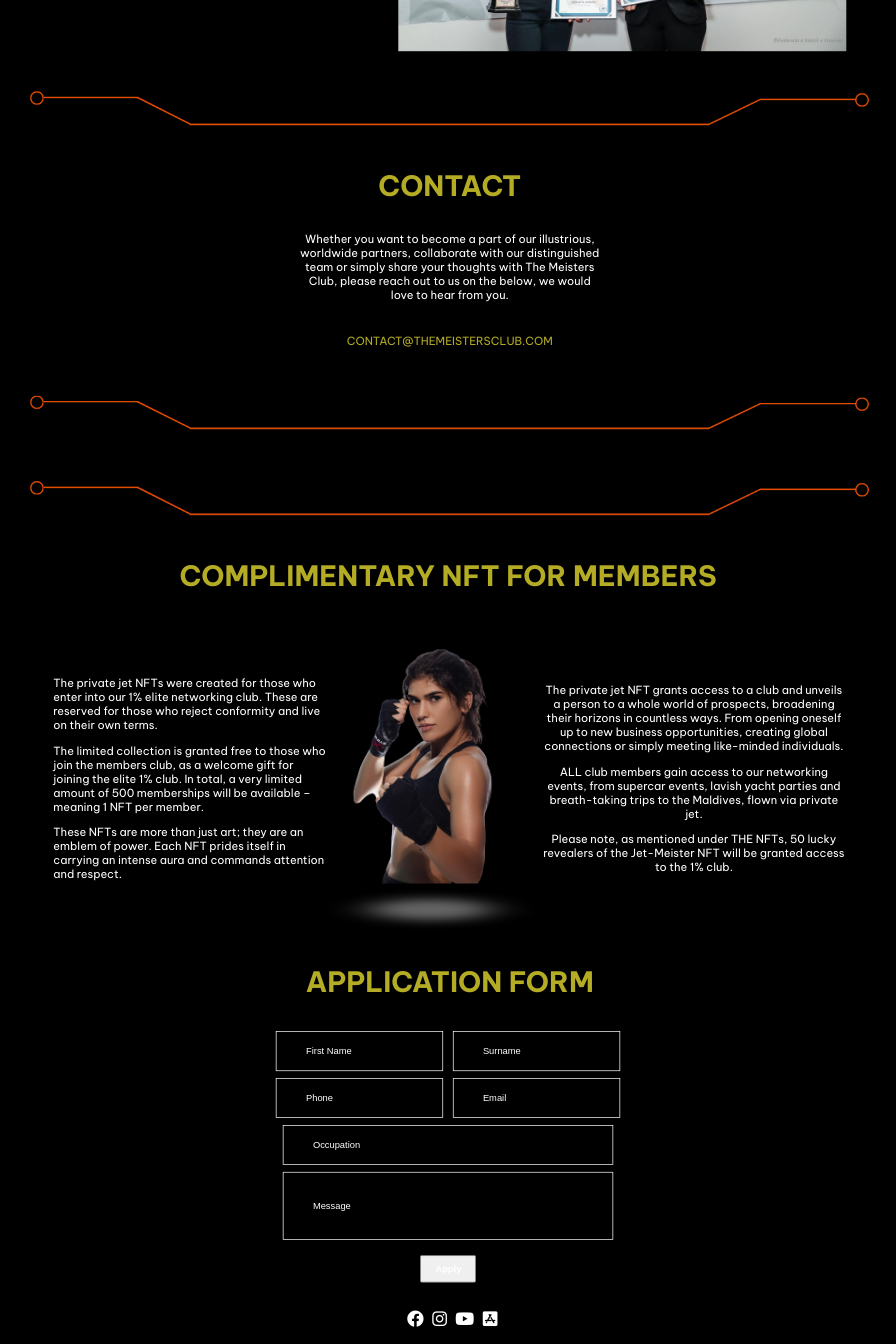
Repository: milot-morina/ds-boxing
Page: DS-Portfolio/index.html
An editor plug-in stored every save of this project. The page is shown before and after the next save, followed by the edit.
The browser window is 1280 px wide. The pictures show the part of the page from y = 1953 to 3873 px (the page is 3957 px tall before and 3832 px after), at 70% of full size.
A picture or video elsewhere on the page could not be fetched, so the positions and the page height are approximate.

Above is the page before, as saved 2023-03-20 22:14:20.

### DS-Portfolio/index.html
<!DOCTYPE html>
<html lang="en">
<head>
  <meta charset="UTF-8">
  <meta http-equiv="X-UA-Compatible" content="IE=edge">
  <meta name="viewport" content="width=device-width, initial-scale=1.0">
  <title>The Meisters Club</title>
  <link rel="stylesheet" href="style.css">
  <link rel="stylesheet" href="https://cdnjs.cloudflare.com/ajax/libs/font-awesome/6.0.0-beta2/css/all.min.css" integrity="sha512-YWzhKL2whUzgiheMoBFwW8CKV4qpHQAEuvilg9FAn5VJUDwKZZxkJNuGM4XkWuk94WCrrwslk8yWNGmY1EduTA==" crossorigin="anonymous" referrerpolicy="no-referrer" />
  <link rel="icon" href="logofinal.png" type="image/icon type" style="width: 100%;">
  <link href="https://fonts.googleapis.com/css2?family=Be+Vietnam+Pro:wght@400;500;700&display=swap" rel="stylesheet">
</head>
<body>

  <section class="section1" id="home">
    <video muted autoplay loop style="pointer-events: none;">
      <source src="DS-Glitch.mp4" type="video/mp4">
    </video>
    <header class="hidden3">
      <div class="container">
        <nav class="navbar">
          <div class="brand-title">
            <img src="unitetiLogoFinal.png" alt="" width="130px">
          </div>
          <a href="#" class="toggle-button">
            <span class="bar"></span>
            <span class="bar"></span>
            <span class="bar"></span>
          </a>
          <div class="navbar-links">
            <ul>
              <li><a href="#home" class="home-btn">HOME</a></li>
              <li><a href="#club" class="header-club">CLUB</a></li>
              <li><a href="#contact" class="header-link a">CONTACT</a></li>
              <li><a href="#form" class="header-link a">FORM</a></li>
            </ul>
            <div class="socials">
            <i class="fa-brands fa-facebook"><a href="https://www.youtube.com/watch?v=dQw4w9WgXcQ"></a></i>
            <i class="fa-brands fa-instagram"></i>
            <i class="fa-brands fa-youtube"></i>
            <i class="fa-brands fa-app-store-ios"></i>
          </div>
          </div>

        </nav>
      </div>
    </header>
  </section>

  <img src="separator2.png" alt="" width="100%" style="margin-top: 40px;" class="first-seperator">


  <section class="section2 container row" id="club">

    <div class="images hidden2">
      <img src="handsUp.jpg" alt="">
    </div>
    <div class="text hidden">
      <p class="section-h hidden3">THE MEISTERS CLUB</p>
      <p class="section2-p hidden3">The Meisters Club 1% club is a highly exclusive, private members club created for those who reject conformity and live on their own terms. Situated in the heart of luxury – Dubai – our club makes for the perfect place to enjoy our extravagant and luxurious experiences.</p>
      <p class="section2-p hidden3">The club serves as a sanctuary for elite entrepreneurs, astute leaders and innovative thinkers to meet like-minded individuals to exchange ideas, create global connections and immerse themselves in our exclusive lifestyle benefits.</p>
      <p class="section2-p hidden3">Our goal is to break the mould of a private members club, creating a space that brings together a diverse mix of different worlds, both new and traditional. Whilst we have adopted many conventional characteristics of a private club, our audacious team have taken leaps to stand apart by offering members unrivaled benefits, such as weekend trips to the Maldives.</p>
      <p class="section2-p hidden3">
        Our team also shares a mutual passion for fine art and sumptuous products. This has led our esteemed artists and designers to engineer exceptional pieces of digital art (NFTs) which will be granted to each member as a complementary joining gift.</p>
    </div>

  </section>

  <img src="separator2.png" alt="" width="100%" style="margin-top: 30px;">


  <section class="section3 container">
    <p class="section-h">THE BENEFITS</p>
   <div class="row">
    <div class="text hidden2">
      <p>For our elite members, The Meisters Club will provide nothing short of elite benefits. Throughout the year, members will be invited to the most opulent and breath-taking events to engage, network, create new connections and experiences.</p>
      <p>Members will be invited to supercar events, extravagant yacht parties and all-inclusive weekend trips to the Maldives, flown via private jet on a regular basis.</p>
    </div>
    <div class="images hidden">
      <img src="DplusMar.jpg" alt="" style="max-width: 640px;">
    </div>
   </div>

  </section>








  <img src="separator2.png" alt="" width="100%" style="margin-top: 30px;">



  <section class="section5 container" id="contact">
    <div class="text">
      <p class="section-h">CONTACT</p>
      <p>Whether you want to become a part of our illustrious, worldwide partners, collaborate with our distinguished team or simply share your thoughts with The Meisters Club, please reach out to us on the below, we would love to hear from you.</p>
      <p style="color: #B4AC25; margin-top: 45px;">CONTACT@THEMEISTERSCLUB.COM</p>
    </div>
  </section>


  <img src="/Project 7/separator2.png" alt="" width="100%" style="margin-top: 30px;">


  <img src="separator2.png" alt="" width="100%" style="margin-top: 30px;">


  <section class="section4 container" id="nft">
    <p class="section-h hidden3">COMPLIMENTARY NFT FOR MEMBERS</p>
    <div class="row">
      <div class="text hidden2" style="text-align: left">
        <p>The private jet NFTs were created for those who enter into our 1% elite networking club. These are reserved for those who reject conformity and live on their own terms.
        </p>
        <p>The limited collection is granted free to those who join the members club, as a welcome gift for joining the elite 1% club. In total, a very limited amount of 500 memberships will be available – meaning 1 NFT per member.
        </p>
        <p>These NFTs are more than just art; they are an emblem of power. Each NFT prides itself in carrying an intense aura and commands attention and respect.</p>
      </div>
      <div class="hidden3">
        <div class="column">
          <img src="ziD-removebg-preview.png" alt="" style="width: 300px;">
          <img src="shadow.png" alt="" style="width: 300px;">
        </div>
      </div>
      <div class="text hidden">
        <p>The private jet NFT grants access to a club and unveils a person to a whole world of prospects, broadening their horizons in countless ways. From opening oneself up to new business opportunities, creating global connections or simply meeting like-minded individuals.</p>
        <p>ALL club members gain access to our networking events, from supercar events, lavish yacht parties and breath-taking trips to the Maldives, flown via private jet.
        </p>
        <p>Please note, as mentioned under THE NFTs, 50 lucky revealers of the Jet-Meister NFT will be granted access to the 1% club.</p>
      </div>
    </div>

  </section>


  <section class="section6 container" id="form">
    <div class="text">
      <p class="section-h">APPLICATION FORM</p>
    </div>
    <form action="#">
      <div class="form-row">
        <input type="text" placeholder="First Name">
        <input type="text"placeholder="Surname">
      </div>
      <div class="form-row">
        <input type="text" placeholder="Phone">
        <input type="email" placeholder="Email">
      </div>
      <div class="long-inputs-form">
        <input type="text" placeholder="Occupation"><br>
        <input type="text" placeholder="Message" style="padding-block: 40px;">
      </div>
    </form>
    <button class="home-btn">Apply</button>
    <div class="socials" style="margin-block: 40px;">
      <i class="fa-brands fa-facebook"><a href="https://www.youtube.com/watch?v=dQw4w9WgXcQ"></a></i>
      <i class="fa-brands fa-instagram"></i>
      <i class="fa-brands fa-youtube"></i>
      <i class="fa-brands fa-app-store-ios"></i>
    </div>
    <div class="text" style="margin-bottom: 40px;">
      <p>Copyright © - 2022 - The Meisters Club</p>
    </div>


  </section>




  <script src="script.js"></script>
</body>
</html>

### DS-Portfolio/style.css
html {
  scroll-behavior: smooth;
  transition: 2s;
  overflow-x: hidden;
}

body {
  text-align: center;
  overflow-x: hidden;
  font-family: 'Be Vietnam Pro', sans-serif;
}

/* header----*/


header {
  background-color: transparent;
  width: 100%;
  position: absolute;
  top: 0;
  left: 0;

  z-index: 100;
}


.navbar {
  display: flex;
  flex-direction: column;
  justify-content: space-between;
  align-items: flex-start;
  color: black;
}



.navbar-links {
  width: 100%;
  display: none;
}

.navbar-links ul {
  margin: 0;
  padding: 0;
  display: flex;
  flex-direction: column;
  width: 100%;
  text-align: center;
}

.navbar-links li {
  list-style: none;
  font-size: 15px;

}

.navbar-links li a {
  text-decoration: none;
  color: white;

  display: block;
}


.toggle-button {
  position: absolute;
  top: .75rem;
  right: 1rem;
  display: flex;
  flex-direction: column;
  justify-content: space-between;
  width: 31px;
  height: 21px;
}

.bar {
  width: 100%;
  height: 3px;
  background-color: white;
  border-radius: 10px;
}

.navbar-links.active {
  display: flex;
  flex-direction: column;
  background-color: transparent;
}

i {
  color: white;
}

i:hover {
  color: #B4AC25;
  cursor: pointer;
}



video {
  width: 100%;
  position: relative;
  height: auto;
  pointer-events: none;
  display: none;
}



.socials {
  width: 47%;
  display: block;
  margin: 5px auto;
  justify-content: center;
}

i + i, .fa-facebook {
  margin-left: 12px;
  font-size: 24px;
}

.header-club {
  color: white;
  padding-inline: 10px;
  margin-top: 5px;
  max-width: 80px;
  display: block;
  margin-inline: auto;
  font-weight: 700;
}


.header-club:hover {
  color: white;
  border-color: #B4AC25;

}

.home-btn {
  color: white;
  padding-inline: 10px;
  margin-top: 5px;
  max-width: 80px;
  display: block;
  margin-inline: auto;
  font-weight: 700;
}

.home-btn:hover {
  color: white;
  border-color: white;
  background-color: transparent;
  cursor: pointer;
}


.header-link {
  color: white;
  padding-inline: 10px;
  margin-top: 5px;
  max-width: 80px;
  display: block;
  margin-inline: auto;
  font-weight: 700;
}

.header-link:hover {
  color: #B4AC25;
}

a {
  position: relative;
}

a::after {
  content: " ";
  position: absolute;
  background-color: #B4AC25;
  height: 3px;
  width: 0;
  left: 0;
  bottom: -10px;
  transition: 0.3s;
}

a:hover::after {
  width: 100%;
}





/*---------------header-----------*/




/*---------------------- collapsible table ------------------------*/

.main-collapsible {
  background-color: transparent;
  color: black;
  width: 100%;
  margin-inline: auto;
  margin-block: 120px 40px;
}



.container-collapsible {
  width: 100%;
  margin: 0 auto;
  display: flex;
  flex-direction: column;
  align-items: center;
}


hr {
  background-color: white;
  width: 90%;
  display: block;
  margin-inline: auto;
}



.collapsible-button {
  background-color: rgb(24, 24, 24);
  color: gray;
  cursor: pointer;
  padding: 5px;
  width: 93%;
  border-bottom: 1px solid white;
  display: flex;
  align-items: center;
  justify-content: space-between;
  text-align: left;
  outline: none;
  font-size: 15px;
  border: none;
}





.button-name-collapsible {
  color: white;
  text-align: left;
  outline: none;
  font-size: 16px;

}


.button-name-collapsible:hover {
  color: #B4AC25;
}



.collapsible-button:after {
  content: '\002B';
  color: white;
  font-weight: bold;
  float: right;
  margin-left: 5px;
  font-size: 24px;
}

.collapsible-button:hover::after{
  color: #B4AC25;
}

.active:after {
  content: "\2212";
}

.content {
  width: 93%;
  max-height: 0;
  overflow: hidden;
  transition: max-height 0.2s ease-out;
  background-color:  rgb(24, 24, 24);
  color: white;
  margin-bottom: 10px;
}

/*---------------------- collapsible table ------------------------*/



/*----------animations------------*/

.hidden {
  opacity: 0;
  filter: blur(2px);
  transform: translateX(60%);
  transition: all 700ms;
}


.hidden2 {
  opacity: 0;
  filter: blur(2px);
  transform: translateX(-60%);
  transition: all 700ms;
}

.hidden3 {
  opacity: 0;
  filter: blur(2px);
  transform: translateY(-5%);
  transition: all .7s;
}



.show {
  opacity: 1;
  filter: blur(0);
  transform: translateX(0);
}


@media(prefers-reduced-motion) {
  .hidden {
    transition: none;
  }
}

/*--------------animations------------------*/


/*---------main---------------*/

body {
  background-color: black;

}


.container {
  width: 90%;
  margin: 0 auto;
}



.first-seperator {
  display: none;
}

@media(min-width: 687px) and (max-width: 900px) {
  .column {
    display: flex;
    flex-direction: column;
    width: 100%;
    margin-left: 28%;
  }
}


.row2 {
  display: flex;
  align-items: center;
  justify-content: space-between;
}

.section2 {
  margin-top: 70px;
}

.section2 img {
  width: 80%;
  max-width: 500px;
  display: block;
  margin-inline: auto;
}

.text {
  color: white;
  max-width: 440px;
  display: block;
  margin-inline: auto;
}

.text p {
  font-weight: 400;
  margin-left: 5px;
}

.text .section-h,
.section-h {
  font-size: clamp(2.15rem, 2.5rem, 3.2rem);
  color: #B4AC25;
  font-weight: 700;
}

.images img {
  max-width: 550px;
  width: 100%;
}

.section3 .images img {
  width: 100%;
}


input {
  background-color: transparent;
  color: white;
  border: 1px solid white;
  padding: 20px 30px;
  margin: 5px;
  max-width: 410px;
}

input::placeholder {
  color: white;
  padding: 12px;
}

.long-inputs-form > input{
  width: 170px;
}

.section6 button{
  margin-top: 17px;
  padding: 10px 20px;
}

.section6 .socials{
  justify-content: center;
}



@media (min-width: 555px) {
  video {
    display: block;
  }

  .long-inputs-form > input{
    width: 470px;
  }

}


@media(min-width: 865px) {


  .toggle-button {
    display: none;
  }

  .navbar {
    flex-direction: row;
    align-items: center;
    justify-content: space-between;
  }

  .navbar-links  {
    display: flex;
    width: 100%;
    align-items: center;
  }

  .navbar-links ul {
    flex-direction: row;
    justify-content: center;
  }

  .navbar-links.active {
    flex-direction: row;
  }

  .socials {
    width: 6%;
    display: flex;
    justify-content: right;
  }

  .header-club {
    margin-left: 14px;
  }

}





@media (min-width: 900px) {
  .row {
    display: flex;
    justify-content: space-between;
    align-items: center;
  }

  .div {
    display: flex;
    justify-content: space-between;
    align-items: center;
    width: 100%;
    margin: 0 auto;
  }


  .long-inputs-form > input{
    width: 470px;
  }

}







/*---------------main-------------*/

### DS-Portfolio/script.js
const toggleButton = document.getElementsByClassName('toggle-button')[0]
const navbarLinks = document.getElementsByClassName('navbar-links')[0]

toggleButton.addEventListener('click', () => {
  navbarLinks.classList.toggle('active')
})



const observer = new IntersectionObserver((entries) => {
  entries.forEach((entry) => {
    console.log(entry)
    if (entry.isIntersecting) {
      entry.target.classList.add('show')
    } else {
      entry.target.classList.remove('show')
    }
  })
})

const hiddenElements = document.querySelectorAll('.hidden')
const hiddenElements2 = document.querySelectorAll('.hidden2')
const hiddenElements3 = document.querySelectorAll('.hidden3')
hiddenElements.forEach((el) => observer.observe(el))
hiddenElements2.forEach((el) => observer.observe(el))
hiddenElements3.forEach((el) => observer.observe(el))




//collapbsibleTable
let coll = document.getElementsByClassName("collapsible-button");
let i;

for (i = 0; i < coll.length; i++) {
  coll[i].addEventListener("click", function() {
    this.classList.toggle("active");
    let content = this.nextElementSibling;
    if (content.style.maxHeight){
      content.style.maxHeight = null;
    } else {
      content.style.maxHeight = content.scrollHeight + "px";
    }
  });
}

After the next save:
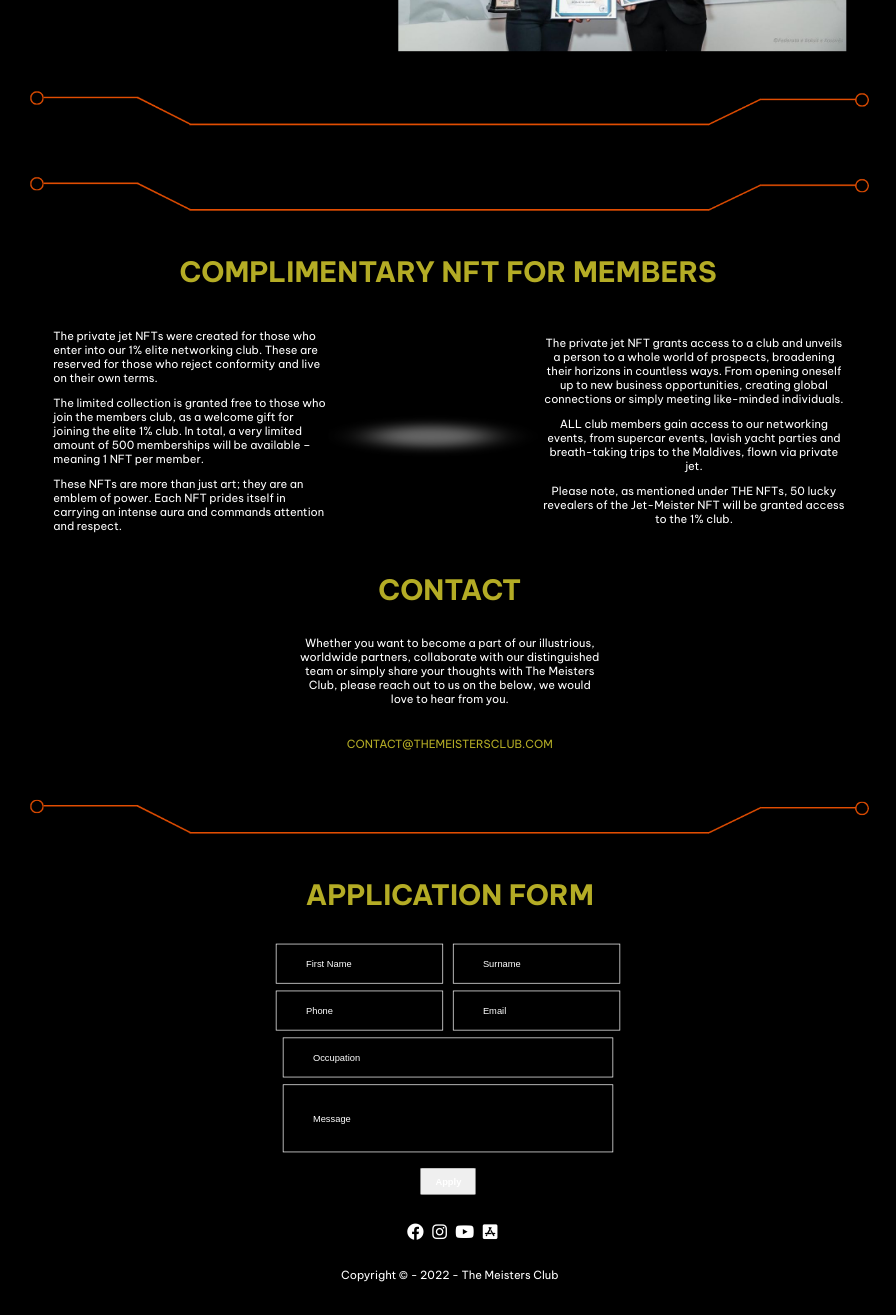
Not found: DS-Portfolio/NFT5.jpg
Saved 57 s later.
--- a/DS-Portfolio/index.html
+++ b/DS-Portfolio/index.html
@@ -92,20 +92,6 @@
 
   <img src="separator2.png" alt="" width="100%" style="margin-top: 30px;">
 
-
-
-  <section class="section5 container" id="contact">
-    <div class="text">
-      <p class="section-h">CONTACT</p>
-      <p>Whether you want to become a part of our illustrious, worldwide partners, collaborate with our distinguished team or simply share your thoughts with The Meisters Club, please reach out to us on the below, we would love to hear from you.</p>
-      <p style="color: #B4AC25; margin-top: 45px;">CONTACT@THEMEISTERSCLUB.COM</p>
-    </div>
-  </section>
-
-
-  <img src="/Project 7/separator2.png" alt="" width="100%" style="margin-top: 30px;">
-
-
   <img src="separator2.png" alt="" width="100%" style="margin-top: 30px;">
 
 
@@ -121,7 +107,7 @@
       </div>
       <div class="hidden3">
         <div class="column">
-          <img src="ziD-removebg-preview.png" alt="" style="width: 300px;">
+          <img src="NFT5.jpg" alt="" style="width: 300px;">
           <img src="shadow.png" alt="" style="width: 300px;">
         </div>
       </div>
@@ -134,6 +120,20 @@
     </div>
 
   </section>
+
+  <section class="section5 container" id="contact">
+    <div class="text">
+      <p class="section-h">CONTACT</p>
+      <p>Whether you want to become a part of our illustrious, worldwide partners, collaborate with our distinguished team or simply share your thoughts with The Meisters Club, please reach out to us on the below, we would love to hear from you.</p>
+      <p style="color: #B4AC25; margin-top: 45px;">CONTACT@THEMEISTERSCLUB.COM</p>
+    </div>
+  </section>
+
+
+  <img src="/Project 7/separator2.png" alt="" width="100%" style="margin-top: 30px;">
+
+
+
 
 
   <section class="section6 container" id="form">

After the save that followed:
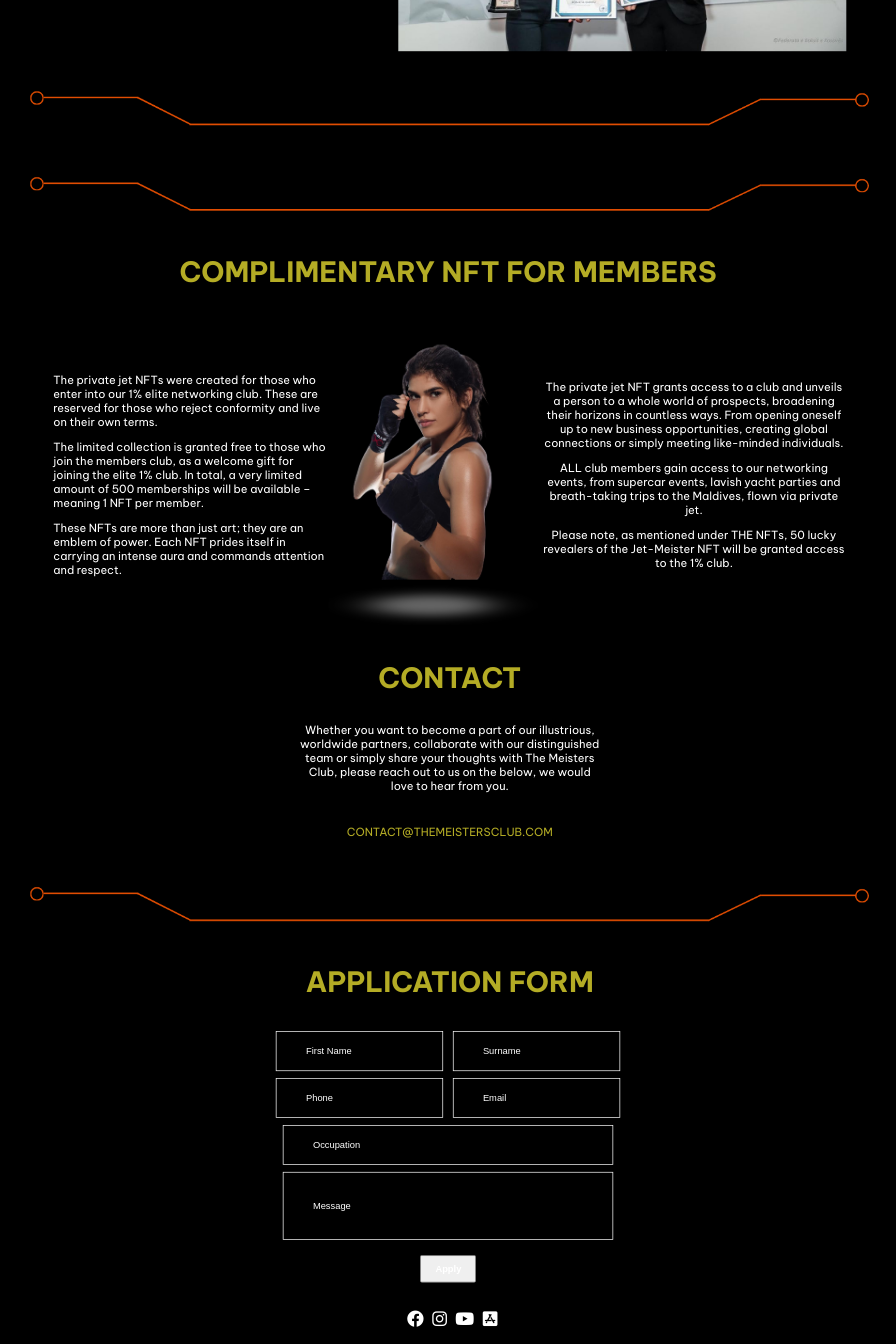
Saved 5 s later.
--- a/DS-Portfolio/index.html
+++ b/DS-Portfolio/index.html
@@ -107,7 +107,7 @@
       </div>
       <div class="hidden3">
         <div class="column">
-          <img src="NFT5.jpg" alt="" style="width: 300px;">
+          <img src="ziD-removebg-preview.png" alt="" style="width: 300px;">
           <img src="shadow.png" alt="" style="width: 300px;">
         </div>
       </div>
